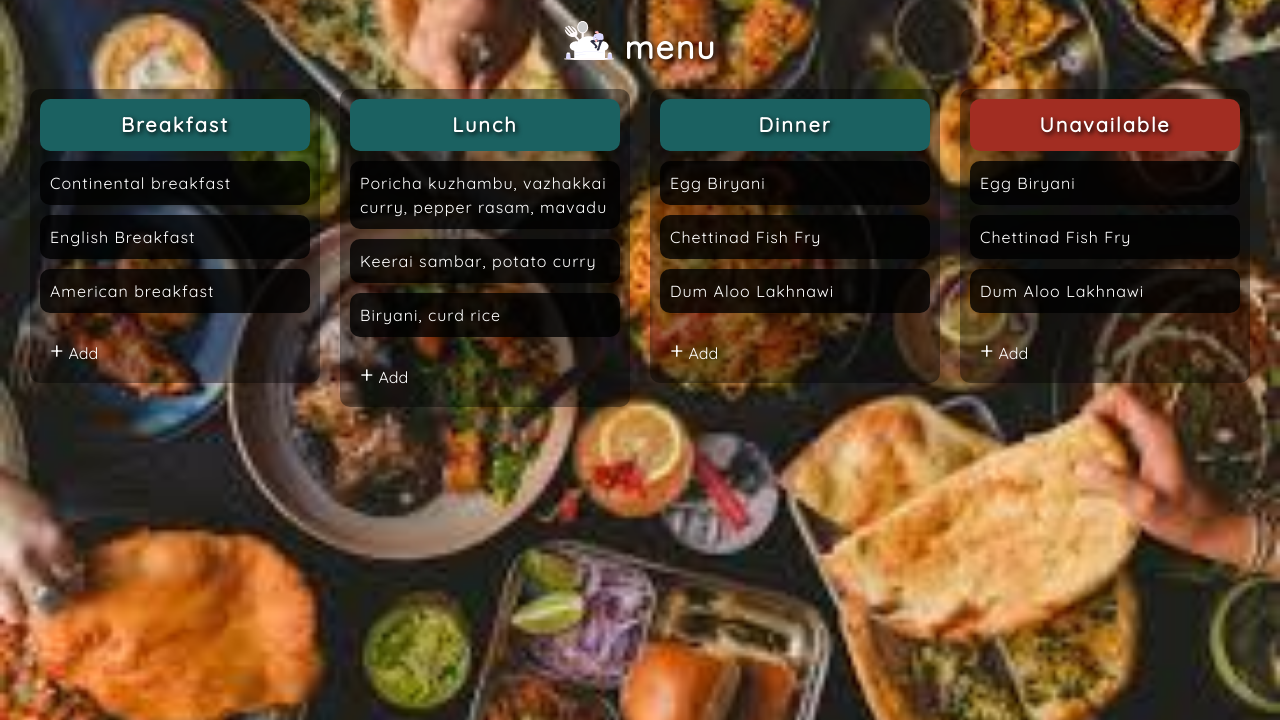
Repository: Anasooya2601/drag-and-drop
Page: index.html
These files come from the project's save history. The page is drawn as it stood at one moment and after the next save; the edit follows.
The browser window is 1280 px wide. The pictures show the whole page.

Above is the page before, as saved 2021-02-05 01:52:42.

### index.html
<!DOCTYPE html>
<html lang="en">
<head>
    <meta charset="UTF-8">
    <meta name="viewport" content="width=device-width, initial-scale=1.0">
    <title>MRC</title>
    <link rel="icon" type="image/png" href="favicon.png">
    <link rel="stylesheet" href="style.css">
</head>
<body>

    <h1 class="main-title">
        <img src="mrc.svg" width="50" alt="">
    menu
</h1>
    <div class="drag-container">
        <ul class="drag-list">
<!-- breakfast column -->

<li class="drag-column progress-column">
    <span class="header">
        <h1>Breakfast</h1>
    </span>
    <!-- breakfast-content -->
    <div id="progress-content">
        <ul class="drag-item-list"id= "progress-list">
            <li class="drag-item"> Continental breakfast</li>
            <li class="drag-item">English Breakfast</li>
            <li class="drag-item">American breakfast</li>
        </ul>
    </div>
    <!-- add-button -->
    <div class="add-btn-group">
        <div class="add-btn">
    <span class="plus-sign">+</span>
    <span>Add</span>
</div>
<div class="add-btn solid">
    <span>save</span>
</div>
<div class="add-container">
    <div class="add-item"></div>

</div>

    </div>
</li>
<li class="drag-column progress-column">
    <span class="header">
        <h1>Lunch</h1>
    </span>
    <!-- breakfast-content -->
    <div id="progress-content">
        <ul class="drag-item-list"id= "progress-list">
            <li class="drag-item"> Poricha kuzhambu, vazhakkai curry, pepper rasam, mavadu</li>
            <li class="drag-item">Keerai sambar, potato curry</li>
            <li class="drag-item">Biryani, curd rice</li>
        </ul>
    </div>
    <!-- add-button -->
    <div class="add-btn-group">
        <div class="add-btn">
    <span class="plus-sign">+</span>
    <span>Add</span>
</div>
<div class="add-btn solid">
    <span>save</span>
</div>
<div class="add-container">
    <div class="add-item"></div>

</div>

    </div>
</li>
<li class="drag-column progress-column">
    <span class="header">
        <h1>Dinner</h1>
    </span>
    <!-- breakfast-content -->
    <div id="progress-content">
        <ul class="drag-item-list"id= "progress-list">
            <li class="drag-item"> Egg Biryani</li>
            <li class="drag-item"> Chettinad Fish Fry</li>
            <li class="drag-item">Dum Aloo Lakhnawi</li>
        </ul>
    </div>
    <!-- add-button -->
    <div class="add-btn-group">
        <div class="add-btn">
    <span class="plus-sign">+</span>
    <span>Add</span>
</div>
<div class="add-btn solid">
    <span>save</span>
</div>
<div class="add-container">
    <div class="add-item"></div>

</div>

    </div>
</li>
<li class="drag-column on-hold-column">
    <span class="header">
        <h1>Unavailable</h1>
    </span>
    <!-- breakfast-content -->
    <div id="on-hold-content">
        <ul class="drag-item-list"id= "on-hold-list">
            <li class="drag-item"> Egg Biryani</li>
            <li class="drag-item"> Chettinad Fish Fry</li>
            <li class="drag-item">Dum Aloo Lakhnawi</li>
        </ul>
    </div>
    <!-- add-button -->
    <div class="add-btn-group">
        <div class="add-btn">
    <span class="plus-sign">+</span>
    <span>Add</span>
</div>
<div class="add-btn solid">
    <span>save</span>
</div>
<div class="add-container">
    <div class="add-item"></div>

</div>

    </div>
</li>
        </ul>
    </div>
    <!-- Script -->
    <script src="script.js"></script>
</body>
</html>

### style.css
/* Trees Image - Pexels: https://www.pexels.com/photo/photo-of-trees-in-forest-3801030/ */
@import url("https://fonts.googleapis.com/css?family=Quicksand&display=swap");

html {
  box-sizing: border-box;
}

:root {
  --column-1: #a2622d;
  --column-2: #1b6161;
  --column-3: #248224;
  --column-4: #a22d22;
}

body {
  margin: 0;
  background: url("./food.jpg");
  background-size: cover;
  background-position: 50% 60%;
  background-attachment: fixed;
  color: white;
  font-family: Quicksand, sans-serif;
  overflow-y: hidden;
}

h1 {
  letter-spacing: 2px;
  text-shadow: 2px 2px 5px black;
}

.main-title {
  text-align: center;
  font-size: 3rem;
}

ul {
  list-style-type: none;
  margin: 0;
  padding: 0;
}

.drag-container {
  margin: 20px;
}

.drag-list {
  display: flex;
  align-items: flex-start;
}

/* Columns */
.drag-column {
flex: 1;
  margin: 0 10px;
  position: relative;
  background-color: rgba(0, 0, 0, 0.4);
  border-radius: 10px;
  overflow-x: hidden;
}

.backlog-column .header,
.backlog-column .solid,
.backlog-column .solid:hover,
.backlog-column .over {
  background-color: var(--column-1);
}

.progress-column .header,
.progress-column .solid,
.progress-column .solid:hover,
.progress-column .over {
  background-color: var(--column-2);
}

.complete-column .header,
.complete-column .solid,
.complete-column .solid:hover,
.complete-column .over {
  background-color: var(--column-3);
}

.on-hold-column .header,
.on-hold-column .solid,
.on-hold-column .solid:hover,
.on-hold-column .over {
  background-color: var(--column-4);
}

/* Custom Scrollbar */
.custom-scroll {
  overflow-y: auto;
  max-height: 75vh;
}

.custom-scroll::-webkit-scrollbar-track {
  box-shadow: inset 0 0 6px rgba(0, 0, 0, 0.4);
  border-radius: 10px;
  background-color: rgba(255, 255, 255, 0.3);
  margin-right: 5px;
}

.custom-scroll::-webkit-scrollbar {
  width: 10px;
}

.custom-scroll::-webkit-scrollbar-thumb {
  border-radius: 10px;
  box-shadow: inset 0 0 6px rgba(0, 0, 0, 0.3);
  background-color: rgba(0, 0, 0, 0.8);
}

.header {
  display: flex;
  justify-content: center;
  border-radius: 10px;
  margin: 10px;
}

.header h1 {
  font-size: 1.25rem;
}

/* Drag and Drop */
.over {
  padding: 50px 10px;
}

.drag-item-list {
  min-height: 50px;
}

.drag-item {
  margin: 10px;
  padding: 10px;
  height: fit-content;
  background-color: rgba(0, 0, 0, 0.8);
  border-radius: 10px;
  line-height: 1.5rem;
  letter-spacing: 1px;
  cursor: pointer;
}

.drag-item:focus {
  outline: none;
  background-color: white;
  color: black;
}

/* Add Button Group */
.add-btn-group {
  display: flex;
  justify-content: space-between;
}

.add-btn {
  margin: 10px;
  padding: 5px 10px;
  display: flex;
  align-items: center;
  cursor: pointer;
  width: fit-content;
  border-radius: 5px;
  transition: all 0.3s ease-in;
  user-select: none;
}

.add-btn:hover {
  background-color: rgba(255, 255, 255, 0.9);
  color: black;
}

.add-btn:active {
  transform: scale(0.97);
}

.solid {
  display: none;
}

.solid:hover {
  transition: unset;
  filter: brightness(95%);
  color: white;
}

.plus-sign {
  font-size: 1.5rem;
  margin-right: 5px;
  position: relative;
  top: -3px;
}

.add-container {
  margin: 10px;
  padding: 5px 10px;
  border-radius: 10px;
  background-color: rgba(255, 255, 255, 0.9);
  min-height: 100px;
  display: none;
}

.add-item {
  width: 100%;
  min-height: 100px;
  height: auto;
  background-color: white;
  border-radius: 10px;
  margin: 5px auto;
  resize: none;
  color: black;
  padding: 10px;
}

.add-item:focus {
  outline: none;
}

/* Media Query: Laptop */
@media screen and (max-width: 1800px) {
  .main-title {
    font-size: 2rem;
  }
}

/* Media Query: Large Smartphone (Vertical) */
@media screen and (max-width: 600px) {
  body {
    overflow-y: auto;
  }

  .drag-container {
    margin: 0;
  }

  .drag-list {
    display: block;
  }

  .drag-column {
    margin: 10px;
  }
}

### script.js
const addBtns = document.querySelectorAll('.add-btn:not(.solid)');
const saveItemBtns = document.querySelectorAll('.solid');
const addItemContainers = document.querySelectorAll('.add-container');
const addItems = document.querySelectorAll('.add-item');
// Item Lists
const itemLists = document.querySelectorAll('.drag-item-list');
const backlogList = document.getElementById('backlog-list');
const progressList = document.getElementById('progress-list');
const completeList = document.getElementById('complete-list');
const onHoldList = document.getElementById('on-hold-list');

// Items


// Initialize Arrays
let backlogListArray = [];
let progressListArray = [];
let completeListArray = [];
let onHoldListArray = [];

// Drag Functionality


// Get Arrays from localStorage if available, set default values if not
function getSavedColumns() {
  if (localStorage.getItem('backlogItems')) {
    backlogListArray = JSON.parse(localStorage.backlogItems);
    progressListArray = JSON.parse(localStorage.progressItems);
    completeListArray = JSON.parse(localStorage.completeItems);
    onHoldListArray = JSON.parse(localStorage.onHoldItems);
  } else {
    backlogListArray = ['Release the course', 'Sit back and relax'];
    progressListArray = ['Work on projects', 'Listen to music'];
    completeListArray = ['Being cool', 'Getting stuff done'];
    onHoldListArray = ['Being uncool'];
  }
}

// Set localStorage Arrays
function updateSavedColumns() {
  localStorage.setItem('backlogItems', JSON.stringify(backlogListArray));
  localStorage.setItem('progressItems', JSON.stringify(progressListArray));
  localStorage.setItem('completeItems', JSON.stringify(completeListArray));
  localStorage.setItem('onHoldItems', JSON.stringify(onHoldListArray));
}

// Create DOM Elements for each list item
function createItemEl(columnEl, column, item, index) {
  console.log('columnEl:', columnEl);
  console.log('column:', column);
  console.log('item:', item);
  console.log('index:', index);
  // List Item
  const listEl = document.createElement('li');
  listEl.classList.add('drag-item');

}

// Update Columns in DOM - Reset HTML, Filter Array, Update localStorage
function updateDOM() {
  // Check localStorage once

  // Backlog Column

  // Progress Column

  // Complete Column

  // On Hold Column

  // Run getSavedColumns only once, Update Local Storage


}

After the next save:
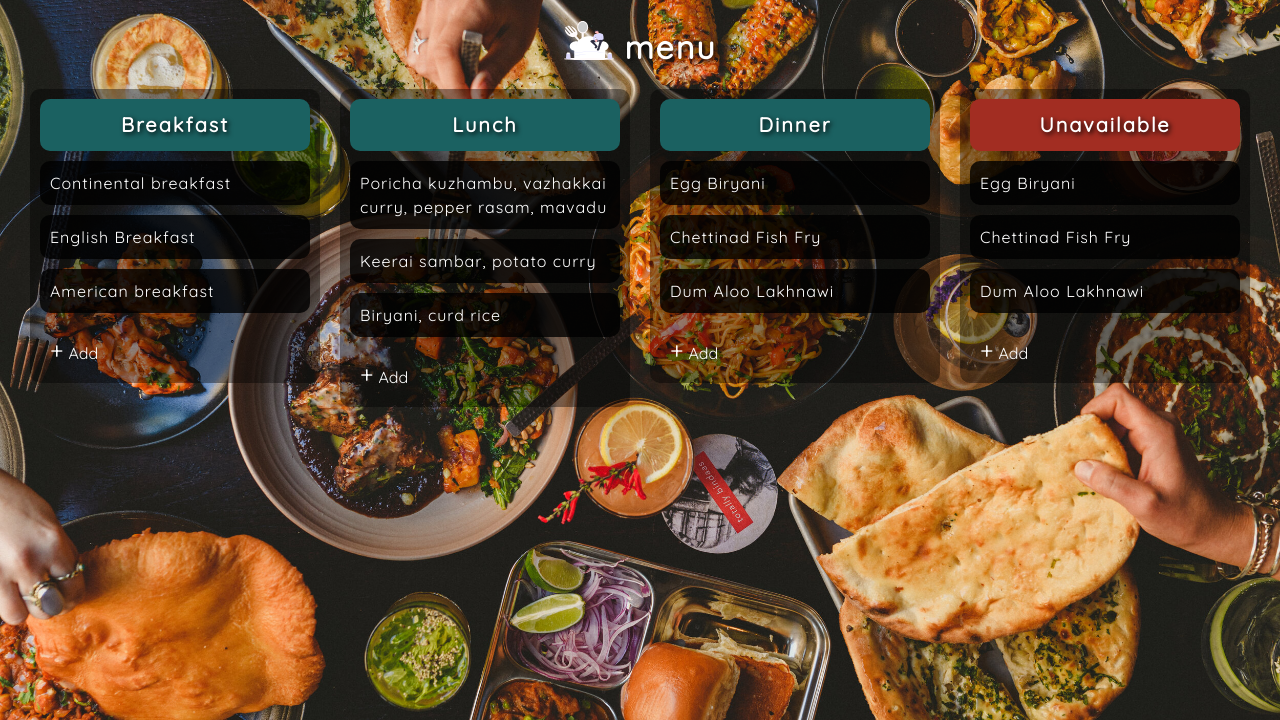
Saved 4 min 27 s later.
--- a/style.css
+++ b/style.css
@@ -14,7 +14,7 @@ html {
 
 body {
   margin: 0;
-  background: url("./food.jpg");
+  background: url("./mrc.jpg");
   background-size: cover;
   background-position: 50% 60%;
   background-attachment: fixed;
